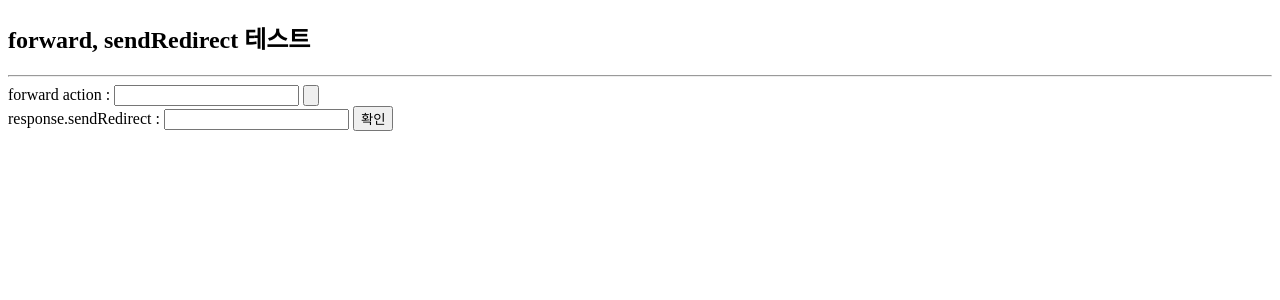
Repository: donggeonoh/My_Source
Page: http://localhost/WebProgramming/ch06/page_control.jsp
The author's editor kept a copy of each file at every save. The page is drawn from the files as they stood at one save, then again after the next save.
The browser window is 1280 px wide. The pictures show the whole page.
The page is served by Tomcat 9. Other server files are loaded and not shown.

Above is the page before, as saved 2016-10-13 10:41:08.

### JSP-Web Source/WebProgramming/WebContent/ch06/page_control.jsp
<%@ page language="java" contentType="text/html; charset=UTF-8"
    pageEncoding="UTF-8"%>
<!DOCTYPE html PUBLIC "-//W3C//DTD HTML 4.01 Transitional//EN" "http://www.w3.org/TR/html4/loose.dtd">
<html>
<head><title>page_control.jsp</title></head>
<body>
	<h2>forward, sendRedirect 테스트</h2>
	<hr>

	<form method = post action="forward_action2.jsp">
		forward action : <input type = text name = username>
		<input type = submit value "확인">
	</form>

	<form method = post action = response_sendRedirect.jsp>
		response.sendRedirect : <input type = text name = username>
		<input type = submit value = "확인">
	</form>
</body>
</html>

After the next save:
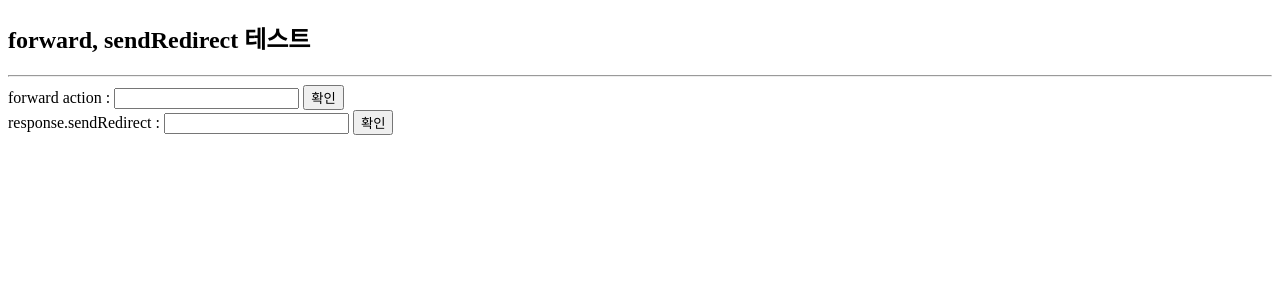
Saved 3 s later.
--- a/JSP-Web Source/WebProgramming/WebContent/ch06/page_control.jsp
+++ b/JSP-Web Source/WebProgramming/WebContent/ch06/page_control.jsp
@@ -9,7 +9,7 @@
 
 	<form method = post action="forward_action2.jsp">
 		forward action : <input type = text name = username>
-		<input type = submit value "확인">
+		<input type = submit value = "확인">
 	</form>
 
 	<form method = post action = response_sendRedirect.jsp>
